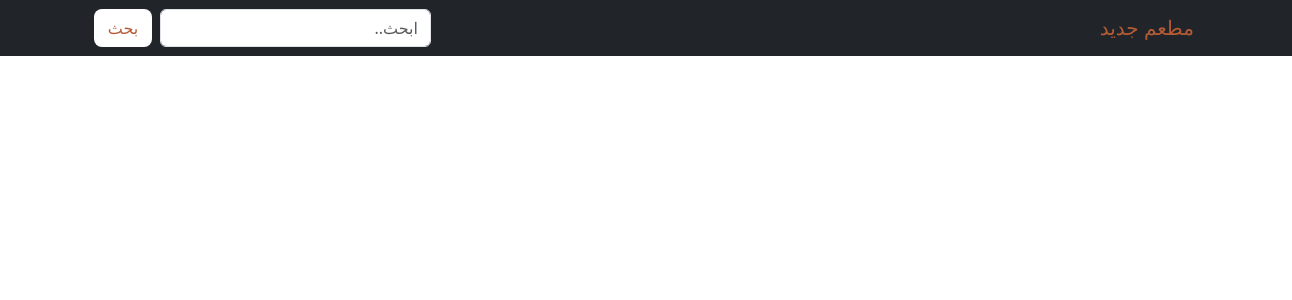
Repository: kerlos-alfy/Restaurant-Menu
Page: /
An editor plug-in stored every save of this project. The page is shown before and after the next save, followed by the edit.
The browser window is 1280 px wide. The page is 1292 px wide, so the pictures cover 1292 px, including what lies to the right of the window. The pictures show the whole page.
Some web fonts or font styles are not loaded; a fallback is used. The project was rebuilt for these pictures with package versions that can differ from the ones it lists, and the page was loaded fresh each time. Also part of the build but not shown: vite.config.js, src/App.css.

Above is the page before, as saved 2024-12-20 01:07:48.

After the next save:
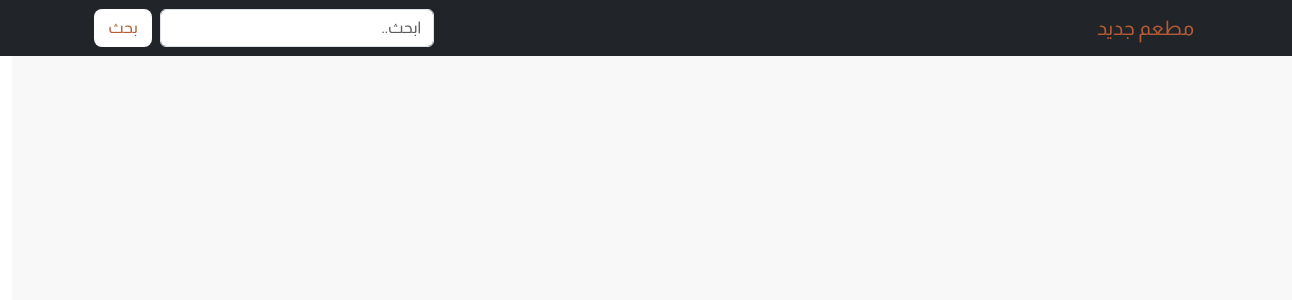
Saved 105 s later.
--- a/src/App.jsx
+++ b/src/App.jsx
@@ -2,9 +2,9 @@ import "./App.css";
 import NavBar from "./components/NavBar";
 function App() {
 	return (
-		<>
+		<div className="color-body font">
 			<NavBar />
-		</>
+		</div>
 	);
 }
 
